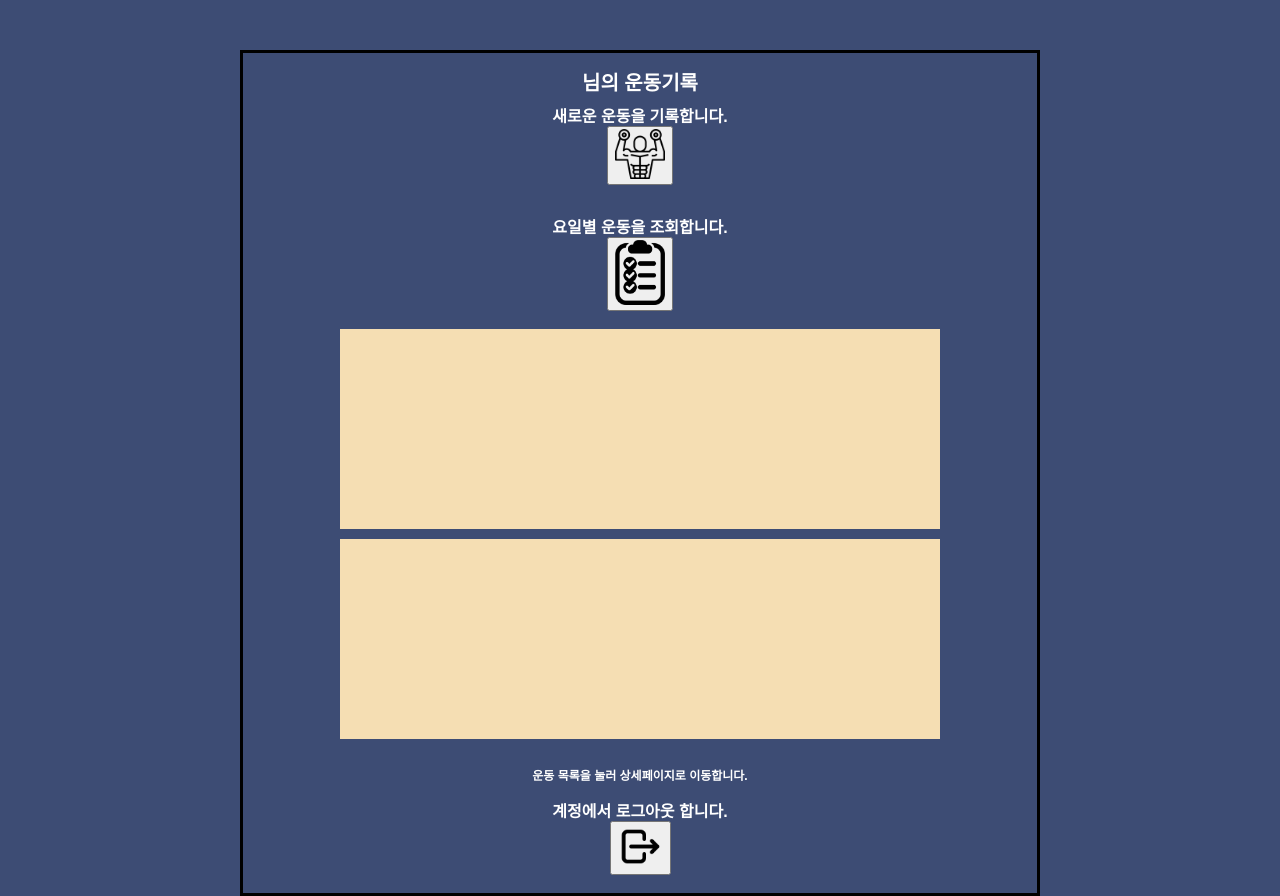
Repository: Up-Min/hrdkorea
Page: http://localhost/jsp_workout/main.jsp
An editor plug-in stored every save of this project. The page is shown before and after the next save, followed by the edit.
The browser window is 1280 px wide. The pictures show the whole page.
The page is served by Tomcat 9. The template is opened directly, without the code that normally fills it, so the values that code supplies are empty.

Above is the page before, as saved 2023-01-02 06:19:12.

After the next save:
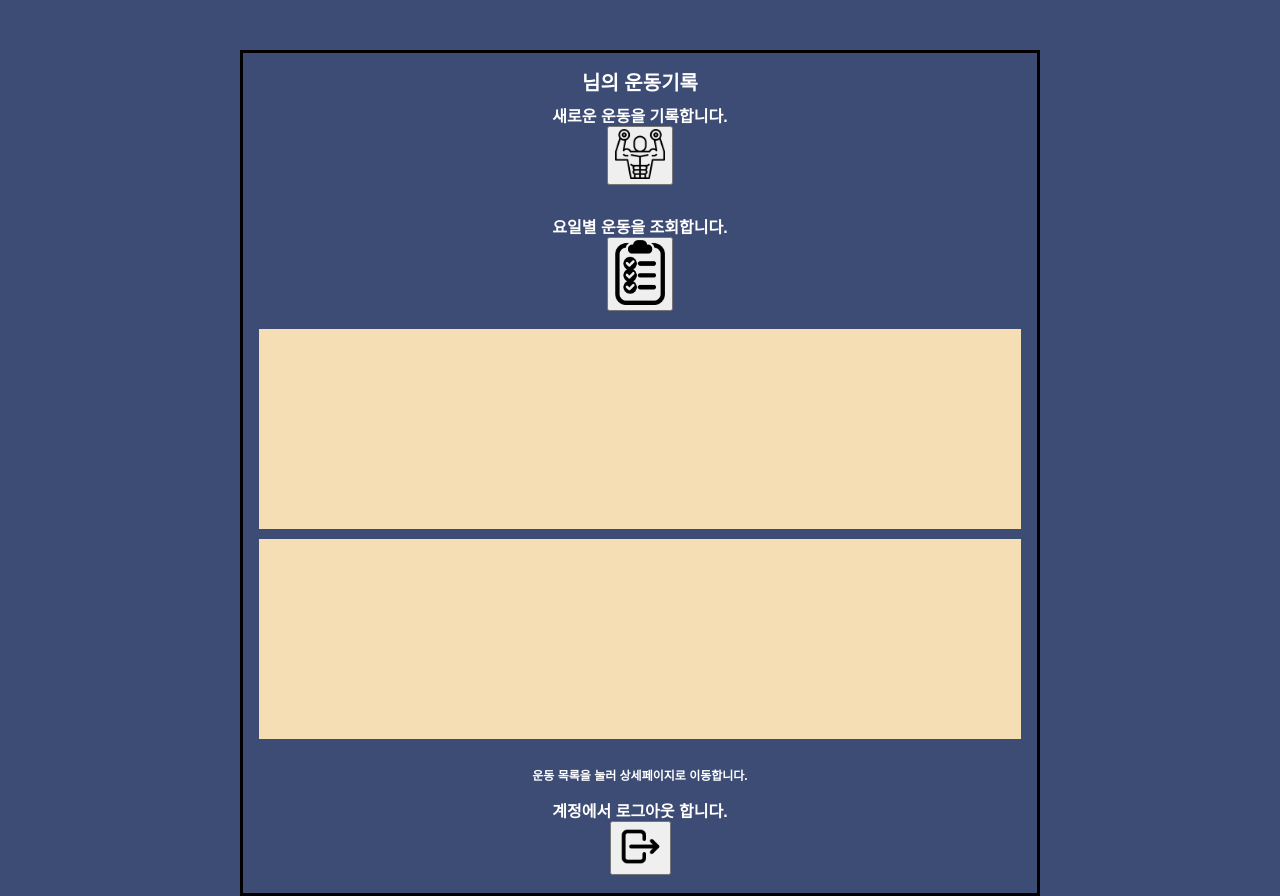
Saved 17 s later.
--- a/jsp_workout/src/main/webapp/main.jsp
+++ b/jsp_workout/src/main/webapp/main.jsp
@@ -63,7 +63,6 @@ flex-wrap: wrap;
 li{
 width: 32%;
 margin-bottom: 10px;
-width: 200px;
 height: 200px;
 background-color: wheat;
 }
